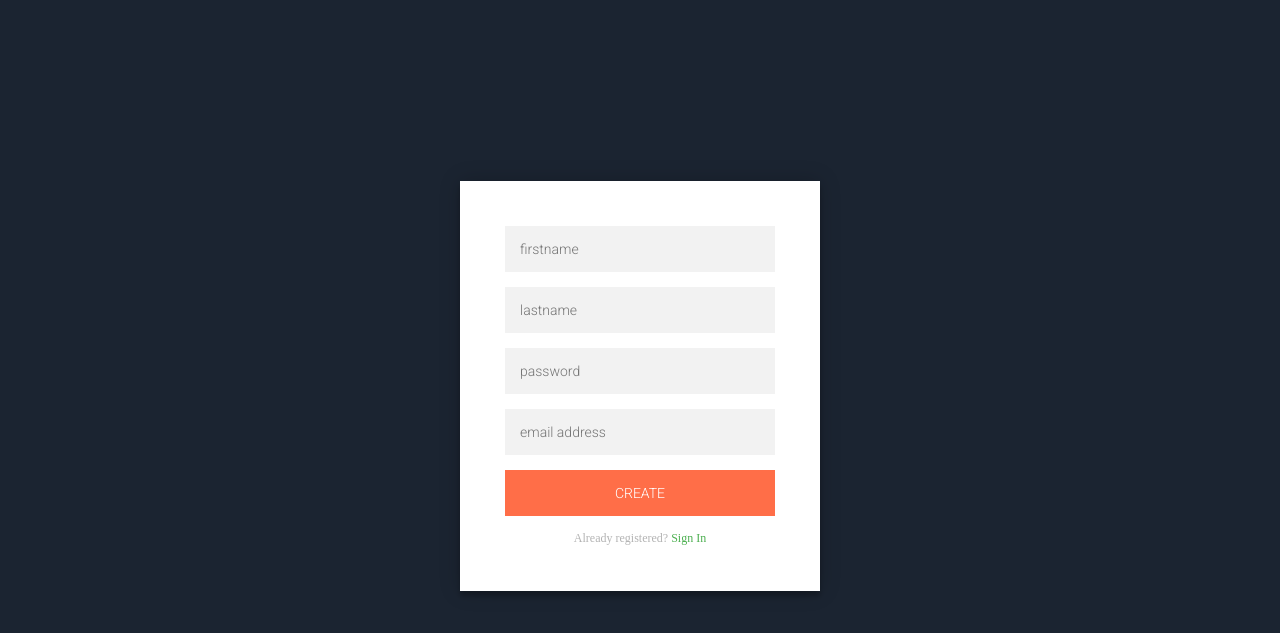
Repository: Turkelten/CarAdminstration
Page: http://localhost/Autobörse/registration.jsp
An editor plug-in stored every save of this project. The page is shown before and after the next save, followed by the edit.
The browser window is 1280 px wide. The pictures show the whole page.
The page is served by Tomcat 9.

Above is the page before, as saved 2020-07-19 19:46:55.

After the next save:
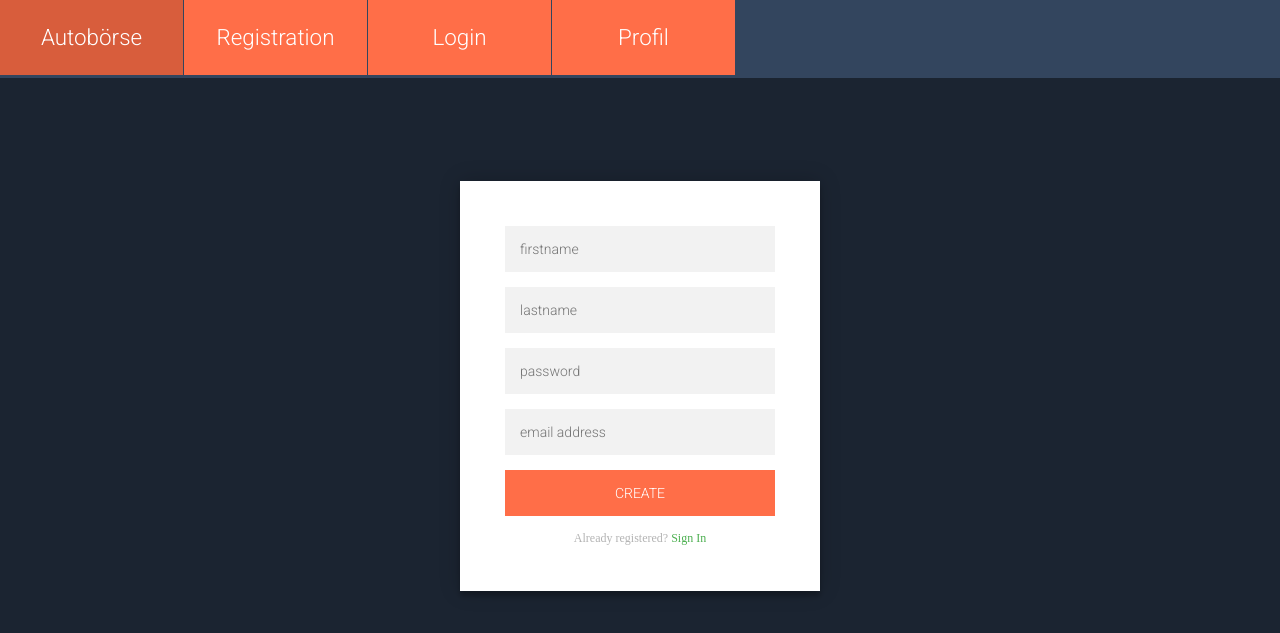
Saved 18 s later.
--- a/Autobörse/WebContent/registration.jsp
+++ b/Autobörse/WebContent/registration.jsp
@@ -9,7 +9,8 @@
 	<link href="style.css" rel="stylesheet">
 </head>
 <body>
-<div class="page">
+	<jsp:include page="navigationbar.jsp" />
+	<div class="page">
 		<div class="login-page">
 		  	<div class="form">
 				<form class="login-form" method="post" action="RegistrationServlet">
